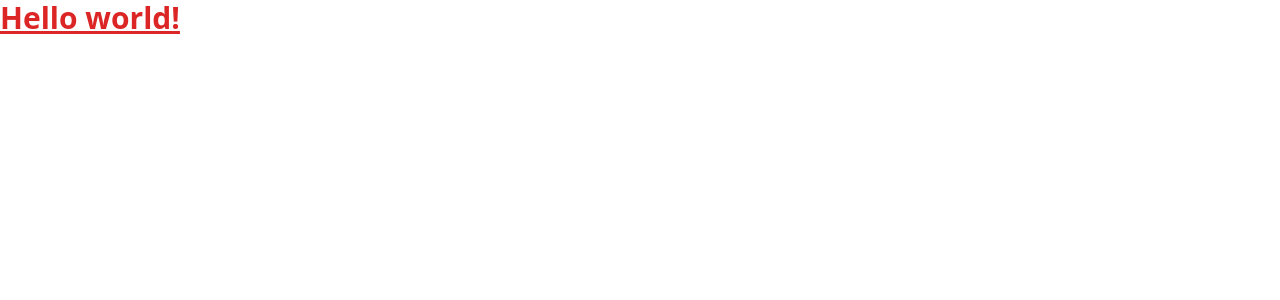
Repository: sevilgenysf/firebase
Page: /forgot-password
The author's editor kept a copy of each file at every save. The page is drawn from the files as they stood at one save, then again after the next save.
The browser window is 1280 px wide. The pictures show the whole page.
The project was rebuilt for these pictures with package versions that can differ from the ones it lists, and the page was loaded fresh each time.

Above is the page before, as saved 2023-01-02 15:05:23.

### src/App.js
const App = () => {
	return (
		<h1 className=" text-red-600 text-3xl font-bold underline">Hello world!</h1>
	);
};

export default App;

### tailwind.config.js
/** @type {import('tailwindcss').Config} */
module.exports = {
	content: ['./src/**/*.{js,jsx,ts,tsx}'],
	theme: {
		extend: {}
	},
	plugins: []
};

Loaded but not shown: public/index.html (common file); src/index.js (common file); src/index.css (common file); src/reportWebVitals.js (common file)

After the next save:
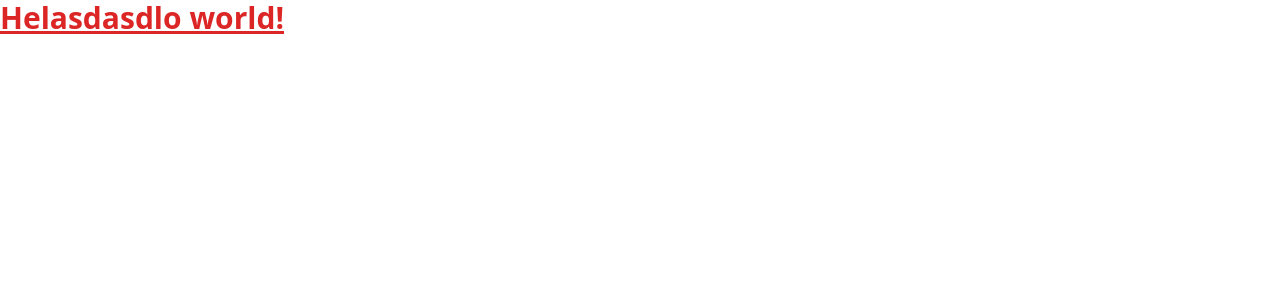
Saved 48 s later.
--- a/src/App.js
+++ b/src/App.js
@@ -1,6 +1,8 @@
 const App = () => {
 	return (
-		<h1 className=" text-red-600 text-3xl font-bold underline">Hello world!</h1>
+		<h1 className=" text-red-600 text-3xl font-bold underline">
+			Helasdasdlo world!
+		</h1>
 	);
 };
 
